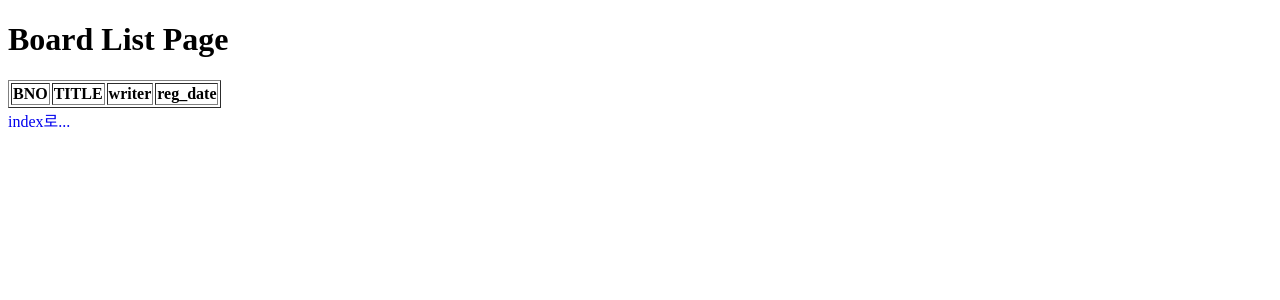
Repository: dhalfks/java2022_09_03
Page: http://localhost/board/brd/pageList
The author's editor kept a copy of each file at every save. The page is drawn from the files as they stood at one save, then again after the next save.
The browser window is 1280 px wide. The pictures show the whole page.
The page is served by Tomcat 9. Other server files are loaded and not shown. Queries for data that is not in the repository find no rows.

Above is the page before, as saved 2022-11-28 09:15:23.

### JSP_Board_oracle 버전/board/src/main/webapp/board/list.jsp
<%@ page language="java" contentType="text/html; charset=UTF-8"
    pageEncoding="UTF-8"%>
<%@ taglib uri="http://java.sun.com/jsp/jstl/core" prefix="c" %>
<!DOCTYPE html>
<html>
<head>
<meta charset="UTF-8">
<title>List page</title>
<style type="text/css">
a{
text-decoration: none;
}
</style>
</head>
<body>
<h1>Board List Page</h1>
<table border="1">
	<tr>
		<th>BNO</th>
		<th>TITLE</th>
		<th>writer</th>
		<th>reg_date</th>
	</tr>
	<c:forEach items="${list }" var="bvo">
		<tr>
			<td>${bvo.bno }</td>
			<td><a href="/brd/detail?bno=${bvo.bno }">${bvo.title }</a></td>
			<td>${bvo.writer }</td>
			<td>${bvo.reg_date }</td>
			<td>${bvo.read_count }</td>
		</tr>
	</c:forEach>

</table>
<div>
	<c:if test="${pgn.prev }">
      <a href="/brd/page?pageNo=${pgn.startPage - 1 }&qty=${pgn.pgvo.qty}" >Prev</a>
    </c:if>
    <c:forEach begin="${pgn.startPage }" end="${pgn.endPage }" var="i">
      <a href="/brd/page?pageNo=${i }&qty=${pgn.pgvo.qty}">${i } ｜ </a>
    </c:forEach>
    <c:if test="${pgn.next }">
      <a href="/brd/page?pageNo=${pgn.endPage + 1 }&qty=${pgn.pgvo.qty}">Next</a>
    </c:if>
  </div>
<a href="/index.jsp">index로...</a>
</body>
</html>

### JSP_Board_oracle 버전/board/src/main/java/controller/BoardController.java
package controller;

import java.io.IOException;
import java.util.List;

import javax.servlet.RequestDispatcher;
import javax.servlet.ServletException;
import javax.servlet.annotation.WebServlet;
import javax.servlet.http.HttpServlet;
import javax.servlet.http.HttpServletRequest;
import javax.servlet.http.HttpServletResponse;

import org.slf4j.Logger;
import org.slf4j.LoggerFactory;

import domain.BoardVO;
import domain.PagingVO;
import service.BoardService;
import service.BoardServiceImpl;


@WebServlet("/brd/*")
public class BoardController extends HttpServlet {
	private static final long serialVersionUID = 1L;
    //로그기록 객체
	private static final Logger log = LoggerFactory.getLogger(BoardController.class);
	//controller -> service , service -> dao
	private BoardService bsv; //아직 미구현 (service : interface 생성)
	private String destPage; //목적지 위치 기록
	private RequestDispatcher rdp; //jsp에서 받은 요청을 처리, 결과를 다른 jsp로 보내는 역할을 하는 객체
	private int isOk; //구문 체크 값

    public BoardController() {
        bsv = new BoardServiceImpl(); // bsv를 구현할 객체 생성 (service : class 생성)
    }


	protected void service(HttpServletRequest req, HttpServletResponse res) throws ServletException, IOException {
		req.setCharacterEncoding("utf-8");
		res.setCharacterEncoding("utf-8");
		res.setContentType("text/html; charset=UTF-8");

		String uri = req.getRequestURI(); //jsp에서 오는 요청 주소
		log.info("uri >> "+uri);
		String path = uri.substring(uri.lastIndexOf("/")+1);
		log.info("path >> "+path);

		switch(path) {
		case "register":
			//글쓰기 페이지로 이동해서 페이지를 출력
			destPage="/board/register.jsp";
			System.out.println(">>path : " + path);
			log.info("path>> "+path);
			break;
		case "insert":
			try {
				//등록한 후 => list.jsp로 이동
				String title = req.getParameter("title");
				String writer = req.getParameter("writer");
				String content = req.getParameter("content");
				log.info("insert check 1");
				isOk = bsv.register(new BoardVO(title, writer, content));
				log.info(isOk>0?"OK":"Fail");

				// list에서 db에서 변경된 데이터들을 가져와서 처리한 후 list.jsp에 뿌리고 이동
				destPage = "pageList";
			} catch (Exception e) {
				log.info("insert error");
				e.printStackTrace();
			}
			break;

//		case "list":
//			try {
//				log.info("list check 1");
//				List<BoardVO> list = bsv.getList();
//				log.info("list check 4");
//				req.setAttribute("list", list);
//				destPage = "pageList";
//
//			} catch (Exception e) {
//				log.info("list error");
//				e.printStackTrace();
//			}
//			break;

		case "pageList":
			try {

				PagingVO pgvo = new PagingVO();

				int totCount = bsv.pageCnt();
				List<BoardVO> list = bsv.getListPage(pgvo);
				PagingHandler ph = new PagingHandler(pgvo, totCount);
				System.out.println(ph);
				req.setAttribute("list", list);
				req.setAttribute("pgn", ph);
				destPage = "/board/list.jsp";
			} catch (Exception e) {
				log.info("paging error");
				e.printStackTrace();
			}
			break;
		case "page":
			try {
				System.out.println(req.getAttribute(path));
				int pageNum = Integer.parseInt(req.getParameter("pageNo"));
				System.out.println(pageNum);
				int qty = Integer.parseInt(req.getParameter("qty"));
				PagingVO pgvo = new PagingVO(pageNum, qty);

				int totCount = bsv.pageCnt();
				List<BoardVO> list = bsv.getListPage(pgvo);
				PagingHandler ph = new PagingHandler(pgvo, totCount);
				System.out.println(ph.isPrev());
				req.setAttribute("list", list);
				req.setAttribute("pgn", ph);
				destPage = "/board/list.jsp";
			} catch (Exception e) {
				log.info("paging error");
				e.printStackTrace();
			}
			break;

		case "detail":
			try {
				//jsp에서 보낸 bno 받기
				int bno = Integer.parseInt(req.getParameter("bno"));
				System.out.println(bno);
				log.info("detail check 1");
				BoardVO bvo = bsv.getDetail(bno);
				log.info("detail check 4");
				req.setAttribute("bvo", bvo);
				destPage="/board/detail.jsp";
			} catch (Exception e) {
				log.info("detail error");
				e.printStackTrace();
			}
			break;

		case "modify":
			try {
				int bno = Integer.parseInt(req.getParameter("bno"));
				BoardVO bvo = bsv.getDetail(bno);
				req.setAttribute("bvo", bvo);
				destPage="/board/modify.jsp";
			} catch (Exception e) {
				log.info("modify error");
				e.printStackTrace();
			}
			break;

		case "update":
			try {
				int bno = Integer.parseInt(req.getParameter("bno"));
				String title = req.getParameter("title");
				String content = req.getParameter("content");
				BoardVO bvo = new BoardVO(bno, title, content);
				isOk = bsv.modify(bvo);
				log.info("update: "+(isOk>0?"OK":"Fail"));
				destPage="pageList";
			} catch (Exception e) {
				// TODO: handle exception
			}
			break;

		case "remove":
			try {
				int bno = Integer.parseInt(req.getParameter("bno"));
				isOk = bsv.remove(bno);
				log.info("delete: "+(isOk>0?"OK":"Fail"));
				destPage="pageList";
			} catch (Exception e) {
				// TODO: handle exception
			}
			break;
		}



		//목적지 경로로 응답함.(전달)
		rdp = req.getRequestDispatcher(destPage);
		rdp.forward(req, res);

	}


	protected void doGet(HttpServletRequest request, HttpServletResponse response) throws ServletException, IOException {
		service(request, response);
	}


	protected void doPost(HttpServletRequest request, HttpServletResponse response) throws ServletException, IOException {
		service(request, response);
	}

}

### JSP_Board_oracle 버전/board/src/main/java/service/BoardServiceImpl.java
package service;

import java.util.List;

import org.slf4j.Logger;
import org.slf4j.LoggerFactory;

import domain.BoardVO;
import domain.PagingVO;
import repository.BoardDAO;
import repository.BoardDAOImpl;

public class BoardServiceImpl implements BoardService {
	private static final Logger log = LoggerFactory.getLogger(BoardServiceImpl.class);
	private BoardDAO bdao;  //repository -> interface로 생성

	public BoardServiceImpl() {
		bdao = new BoardDAOImpl(); //repository -> class로 생성
	}

	@Override
	public int register(BoardVO bvo) {
		// TODO Auto-generated method stub
		log.info("insert check 2");
		return bdao.insert(bvo);
	}

	@Override
	public List<BoardVO> getList() {
		// TODO Auto-generated method stub
		log.info("list check 2");

		return bdao.selectList();
	}

	@Override
	public BoardVO getDetail(int bno) {
		// TODO Auto-generated method stub
		log.info("detail check 2");
		int isOk = bdao.updateCount(bno);
		try {
			Thread.sleep(500);
		} catch (Exception e) {
			// TODO: handle exception
			e.printStackTrace();
		}
		return (isOk > 0) ? bdao.selectOne(bno) : null;
	}

	@Override
	public int modify(BoardVO bvo) {
		// TODO Auto-generated method stub
		log.info("modify check 2");
		return bdao.update(bvo);
	}

	@Override
	public int remove(int bno) {
		log.info("remove check 2");
		return bdao.delete(bno);
	}

	@Override
	public int pageCnt() {
		log.info("paging check2");
		return bdao.count();
	}

	@Override
	public List<BoardVO> getListPage(PagingVO pgvo) {
		log.info("paging-2 check2");
		return bdao.selectList(pgvo);
	}


}

### JSP_Board_oracle 버전/board/src/main/java/repository/BoardDAO.java
package repository;

import java.util.List;

import domain.BoardVO;
import domain.PagingVO;

public interface BoardDAO {

	int insert(BoardVO bvo);

	List<BoardVO> selectList();

	BoardVO selectOne(int bno);

	int update(BoardVO bvo);

	int delete(int bno);

	int count();

	List<BoardVO> selectList(PagingVO pgvo);

	int updateCount(int bno);

}

### JSP_Board_oracle 버전/board/src/main/java/repository/BoardDAOImpl.java
package repository;

import java.util.List;

import org.apache.ibatis.session.SqlSession;
import org.slf4j.Logger;
import org.slf4j.LoggerFactory;

import domain.BoardVO;
import domain.PagingVO;
import orm.DatabaseBuilder;

public class BoardDAOImpl implements BoardDAO {
	private static final Logger log = LoggerFactory.getLogger(BoardDAOImpl.class);
	//DB와 연결
	private SqlSession sql;
	private final String NS = "BoardMapper."; //namespace설정

	public BoardDAOImpl() {
		new DatabaseBuilder(); //orm -> db연결 클래스 객체 생성
		sql = DatabaseBuilder.getFactory().openSession();
	}

	//각 요청 오버라이딩
	@Override
	public int insert(BoardVO bvo) {
		log.info("insert check 3");
		int isOk = sql.insert(NS+"add", bvo); //"BoardMapper.add"
		if(isOk > 0) {
			sql.commit(); // 실제 값이 1개가 완료가 되었다면 실제 commit
		}
		return isOk;
	}



	@Override
	public List<BoardVO> selectList() {
		log.info("list check 3");
		return sql.selectList(NS+"list");
	}

	@Override
	public BoardVO selectOne(int bno) {
		log.info("detail check 3");
		return sql.selectOne(NS+"detail",bno);
	}

	@Override
	public int update(BoardVO bvo) {
		log.info("update check 3");
		int isOk = sql.update(NS+"mod",bvo);
		if(isOk >0) sql.commit();
		return isOk;
	}

	@Override
	public int delete(int bno) {
		log.info("delete check 3");
		int isOk = sql.delete(NS+"del", bno);
		if(isOk >0) sql.commit();
		return isOk;
	}

	@Override
	public int count() {
		log.info("paging Count check3");
		return sql.selectOne(NS+"cnt");
	}

	@Override
	public List<BoardVO> selectList(PagingVO pgvo) {
		log.info("paging-2 check3");
		return sql.selectList(NS+"paging",pgvo);
	}

	@Override
	public int updateCount(int bno) {
		log.info("read count check3");
		int isOk = sql.update(NS+"read", bno);
		if(isOk>0) sql.commit();
		return isOk;
	}


}

### JSP_Board_oracle 버전/board/src/main/java/orm/DatabaseBuilder.java
package orm;

import java.io.IOException;

import org.apache.ibatis.io.Resources;
import org.apache.ibatis.session.SqlSessionFactory;
import org.apache.ibatis.session.SqlSessionFactoryBuilder;

public class DatabaseBuilder {

	private static SqlSessionFactory factory;
	private static final String config = "orm/MybatisConfig.xml";

	//초기화 블럭을 사용하여 객체 생성 후 초기화

	static {
		try {
			factory = new SqlSessionFactoryBuilder()
					.build(Resources.getResourceAsReader(config));
		}catch(IOException e) {
			//마이바티스 설정 오류시 메시지
			e.printStackTrace();
		}
	}

	public static SqlSessionFactory getFactory() {
		return factory;
	}
}

### JSP_Board_oracle 버전/board/src/main/java/domain/BoardVO.java
package domain;

public class BoardVO {
	private int bno;
	private String title;
	private String writer;
	private String content;
	private String reg_date;
	private int read_count;

	//기본생성자
	public BoardVO() {}

	//insert : title, writer, content
	public BoardVO(String title, String writer, String content) {
		this.title = title;
		this.writer = writer;
		this.content = content;
	}

	//list : bno, title, writer, reg_date
	public BoardVO(int bno, String title, String writer, String reg_date, int read_count ) {
		this.bno = bno;
		this.title = title;
		this.writer = writer;
		this.reg_date = reg_date;
		this.read_count = read_count;
	}
	//update : bno, title, content
	public BoardVO(int bno, String title, String content) {
		this.bno = bno;
		this.title = title;
		this.content = content;
	}
	//detail : bno, title, writer, reg_date, content
	public BoardVO(int bno, String title, String writer, String reg_date, int read_count, String content) {
		this(bno, title, writer, reg_date, read_count);
		this.content = content;
	}

	public int getBno() {
		return bno;
	}

	public void setBno(int bno) {
		this.bno = bno;
	}

	public String getTitle() {
		return title;
	}

	public void setTitle(String title) {
		this.title = title;
	}

	public String getWriter() {
		return writer;
	}

	public void setWriter(String writer) {
		this.writer = writer;
	}

	public String getContent() {
		return content;
	}

	public void setContent(String content) {
		this.content = content;
	}

	public String getReg_date() {
		return reg_date;
	}

	public void setReg_date(String reg_date) {
		this.reg_date = reg_date;
	}

	public int getRead_count() {
		return read_count;
	}

	public void setRead_count(int read_count) {
		this.read_count = read_count;
	}


}

### JSP_Board_oracle 버전/board/src/main/java/domain/PagingVO.java
package domain;

public class PagingVO {

	private int pageNo; //현재 화면에 출력된 페이지네이션 번호
	private int qty; //한 페이지당 보여줄 페이지네이션 번호 개수, 보여줄 개시글 수

	public PagingVO() {
		this(1,10);
	}

	public PagingVO(int pageNo, int qty) {
		this.pageNo = pageNo;
		this.qty = qty;
	}
	public int getPageStart() {
		return (this.pageNo-1)*qty; //시작 페이지 번호 구하기
	}

	public int getPageNo() {
		return pageNo;
	}

	public void setPageNo(int pageNo) {
		this.pageNo = pageNo;
	}

	public int getQty() {
		return qty;
	}

	public void setQty(int qty) {
		this.qty = qty;
	}



}

### JSP_Board_oracle 버전/board/src/main/java/controller/PagingHandler.java
package controller;

import domain.PagingVO;

public class PagingHandler {

	private int startPage; // 현재 화면에서 보여줄 시작 페이지네이션 번호
	private int endPage; // 현재 화면에서 보여줄 마지막 페이지네이션 번호
	private boolean prev, next; // 이전, 다음 존재 여부

	private int totalCount; // 총 글 수
	private PagingVO pgvo; // 사용자가 입력하는 페이징, 검색 관련 정보 값 객체

	public PagingHandler(PagingVO pgvo, int totalCount) {
		this.pgvo = pgvo;
		this.totalCount = totalCount;
		//페이지번호/한화면개시글수 * 한화면 개시글수 (형변환 때문에 *1.0)
		this.endPage
		= (int)(Math.ceil(pgvo.getPageNo() / (pgvo.getQty()*1.0)))*pgvo.getQty();
		this.startPage = this.endPage - 9;
		int realEndPage = (int)(Math.ceil(totalCount*1.0)/pgvo.getQty());
		if(realEndPage < this.endPage) {
			this.endPage = realEndPage;
		}
		this.prev = this.startPage > 1; //존재 여부
		this.next = this.endPage<realEndPage;
	}

	public int getStartPage() {
		return startPage;
	}

	public void setStartPage(int startPage) {
		this.startPage = startPage;
	}

	public int getEndPage() {
		return endPage;
	}

	public void setEndPage(int endPage) {
		this.endPage = endPage;
	}

	public boolean isPrev() {
		return prev;
	}

	public void setPrev(boolean prev) {
		this.prev = prev;
	}

	public boolean isNext() {
		return next;
	}

	public void setNext(boolean next) {
		this.next = next;
	}

	public int getTotalCount() {
		return totalCount;
	}

	public void setTotalCount(int totalCount) {
		this.totalCount = totalCount;
	}

	public PagingVO getPgvo() {
		return pgvo;
	}

	public void setPgvo(PagingVO pgvo) {
		this.pgvo = pgvo;
	}


}

After the next save:
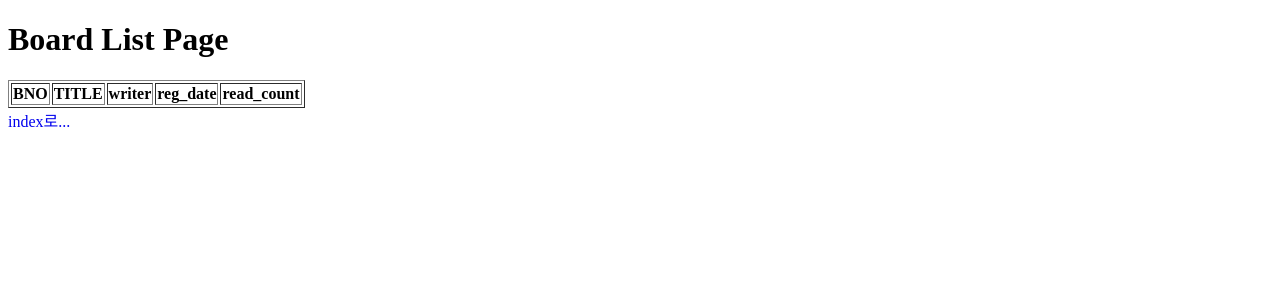
Saved 82 s later.
--- a/JSP_Board_oracle 버전/board/src/main/webapp/board/list.jsp
+++ b/JSP_Board_oracle 버전/board/src/main/webapp/board/list.jsp
@@ -20,6 +20,7 @@ text-decoration: none;
 		<th>TITLE</th>
 		<th>writer</th>
 		<th>reg_date</th>
+		<th>read_count</th>
 	</tr>
 	<c:forEach items="${list }" var="bvo">
 		<tr>
